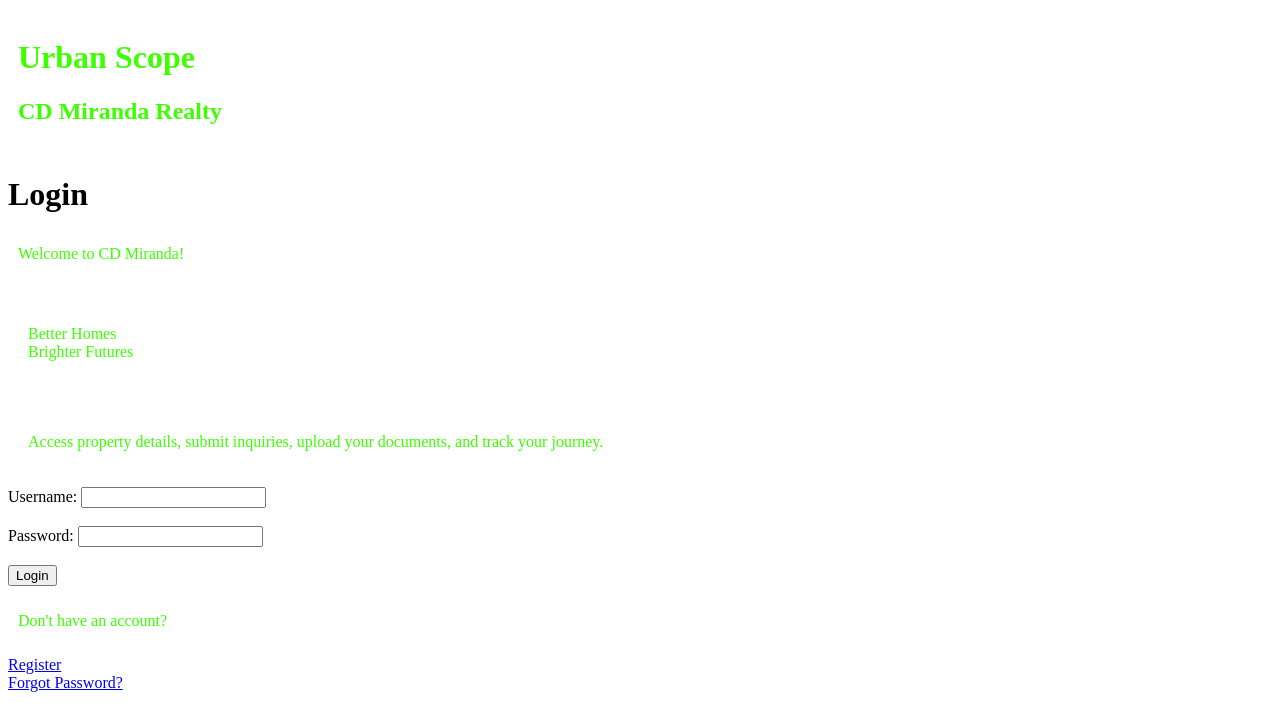
Repository: Gianeuz/CD-Miranda
Page: login/login.html
These files come from the project's save history. The page is drawn as it stood at one moment and after a run of saves; the edit follows.
The browser window is 1280 px wide. The pictures show the whole page.

Above is the page before, as saved 2026-09-24 23:58:05.

After the next 6 saves:
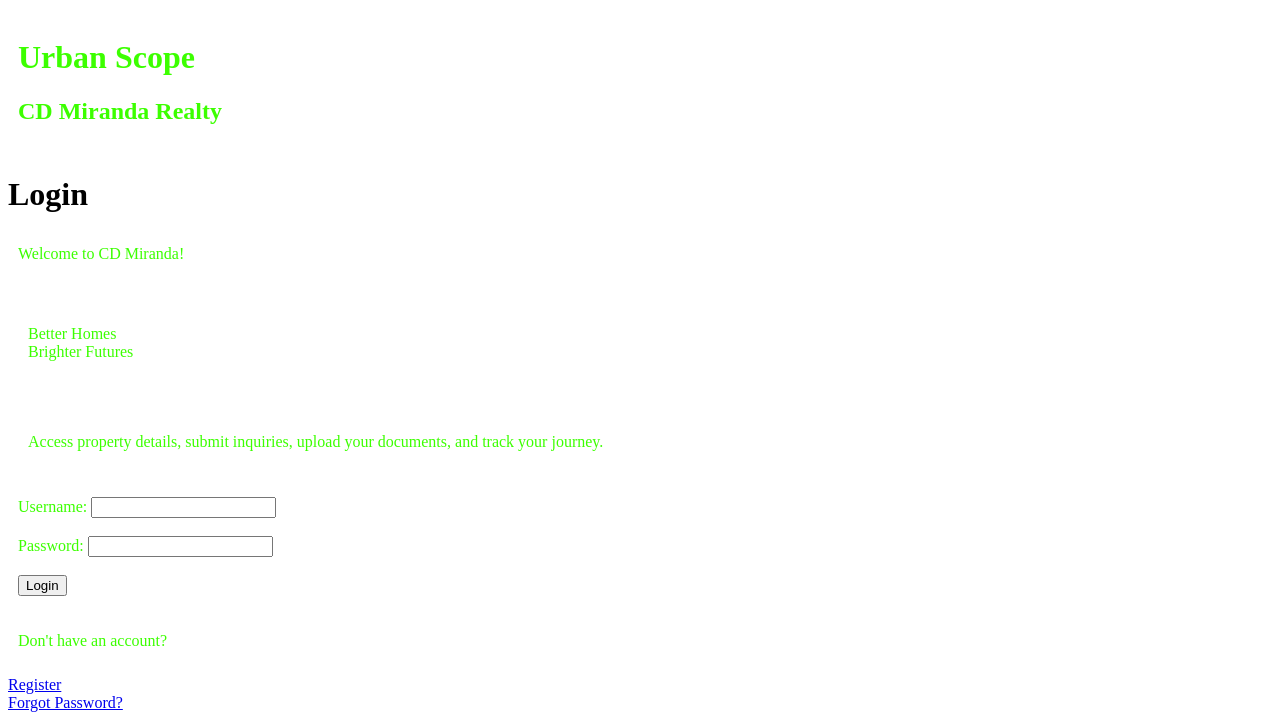
The 6 saves are shown as one change because they came seconds apart.
The last was saved 31 s later.
--- a/login/login.css
+++ b/login/login.css
@@ -30,6 +30,13 @@
     text-align: left;
 }
 
+.login-form {
+    background-color: #ffffff;
+    color: rgb(60, 255, 0);
+    padding: 10px;
+    text-align: left;
+}
+
 
 .register{
     background-color: #ffffff;
